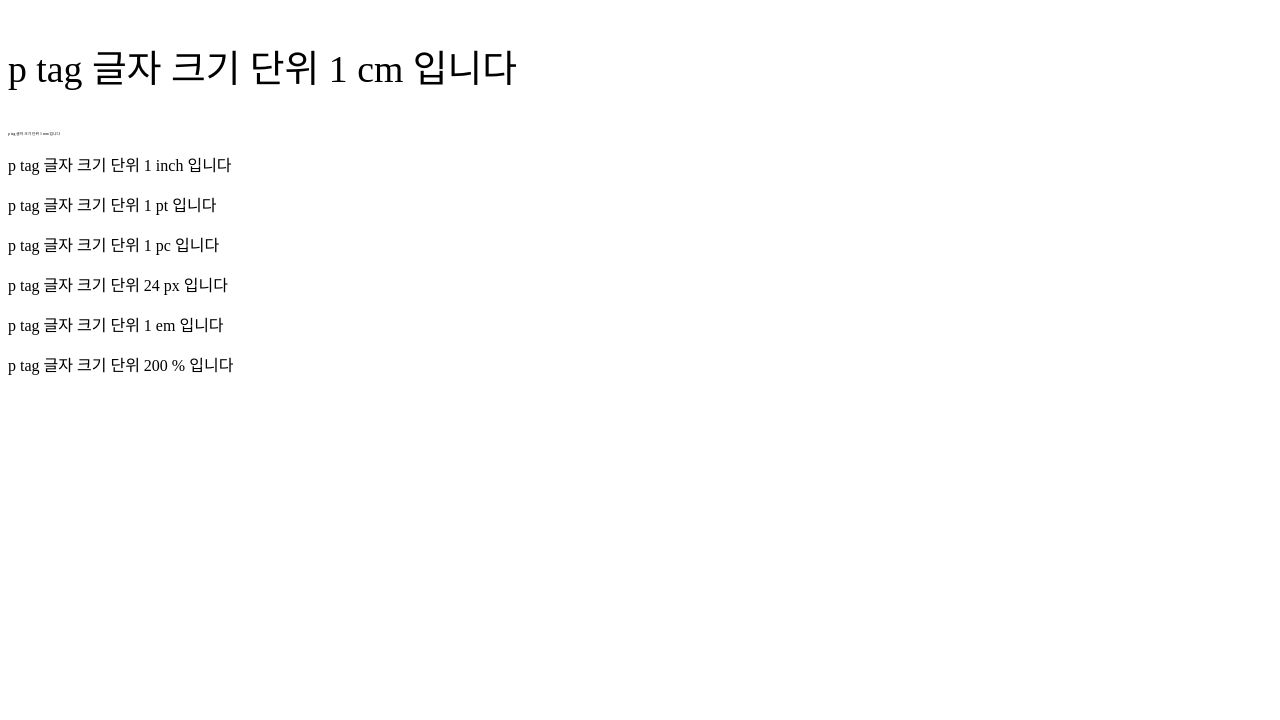
Repository: Seokho96/CSSPractice
Page: css/sample01/WebContent/index1.html
An editor plug-in stored every save of this project. The page is shown before and after the next save, followed by the edit.
The browser window is 1280 px wide. The pictures show the whole page.

Above is the page before, as saved 2020-07-13 01:16:31.

### css/sample01/WebContent/index1.html
<!DOCTYPE html>
<html>
<head>
<meta charset="EUC-KR">
<title>Insert title here</title>

<style type="text/css">
.aaa{
    font-size:  1cm;
}
.bbb{
   font-size: 1mm;
}
</style>
</head>
<body>

<p class="aaa">p tag 글자 크기 단위 1 cm 입니다</p>
<p class="bbb">p tag 글자 크기 단위 1 mm 입니다</p>
<p class="ccc">p tag 글자 크기 단위 1 inch 입니다</p>
<p class="ddd">p tag 글자 크기 단위 1 pt 입니다</p>
<p class="eee">p tag 글자 크기 단위 1 pc 입니다</p>
<p class="fff">p tag 글자 크기 단위 24 px 입니다</p>
<p class="ggg">p tag 글자 크기 단위 1 em 입니다</p>
<p class="hhh">p tag 글자 크기 단위 200 % 입니다</p>

</body>
</html>

After the next save:
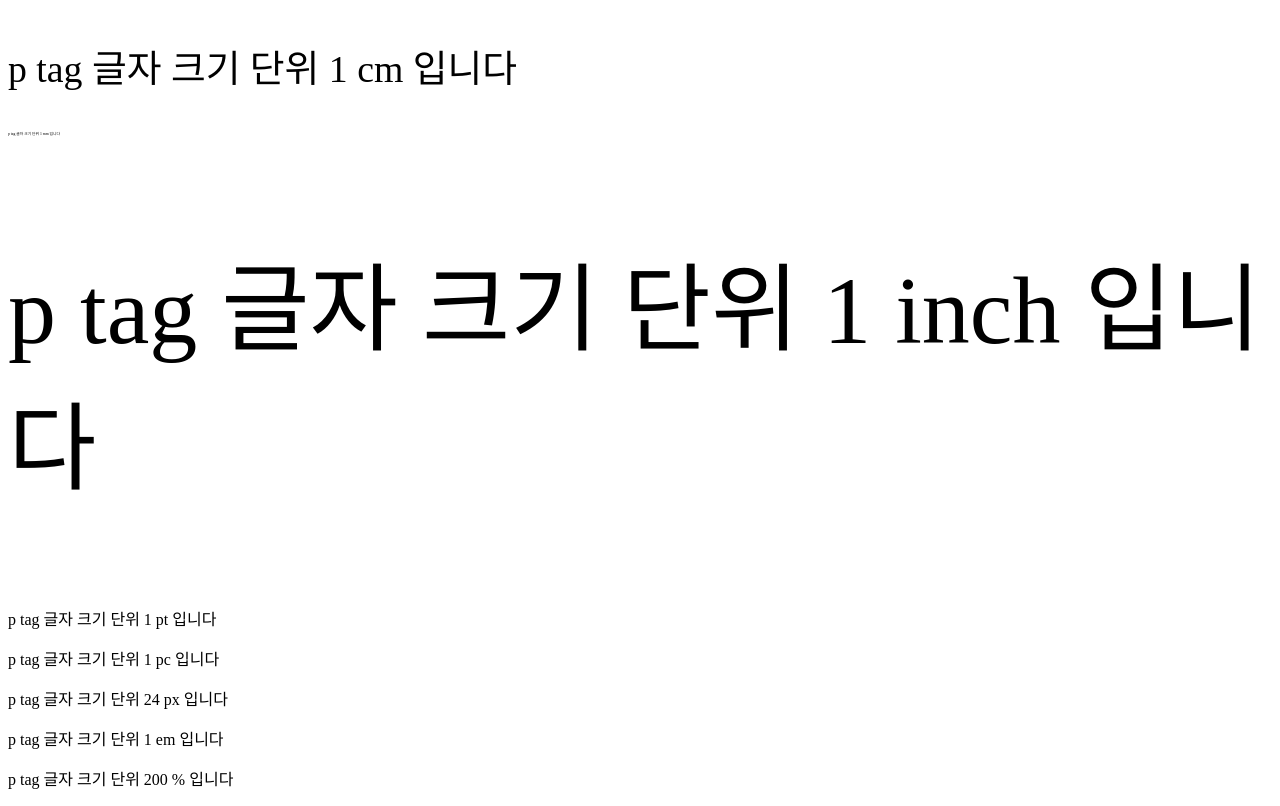
Saved 59 s later.
--- a/css/sample01/WebContent/index1.html
+++ b/css/sample01/WebContent/index1.html
@@ -10,6 +10,9 @@
 }
 .bbb{
    font-size: 1mm;
+}
+.ccc{
+   font-size: 1in;
 }
 </style>
 </head>
